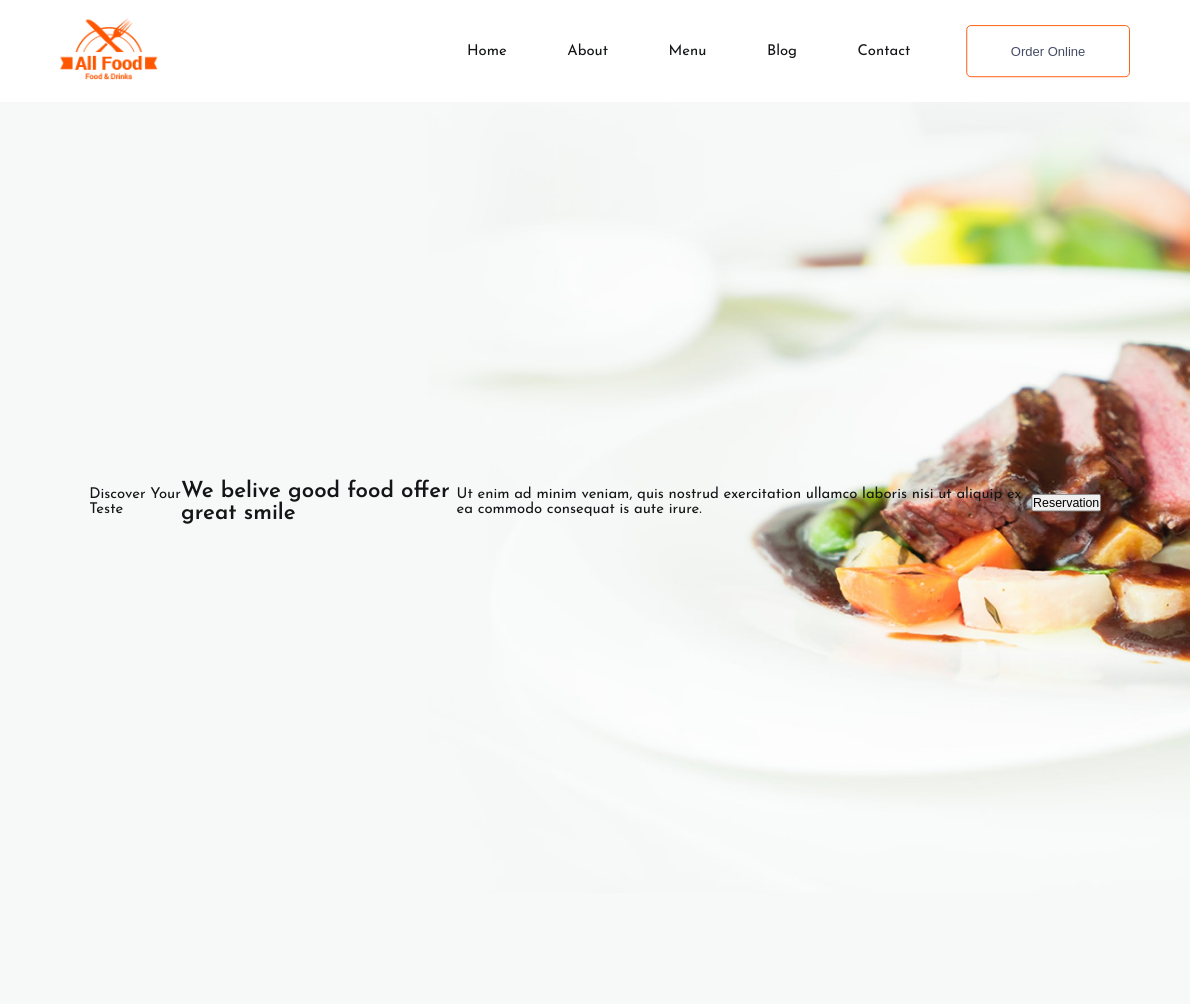
Repository: Ebtehal18/food
Page: index.html
These files come from the project's save history. The page is drawn as it stood at one moment and after the next save; the edit follows.
The browser window is 1280 px wide. The pictures show the whole page, at 93% of full size.

Above is the page before, as saved 2024-01-16 20:43:30.

After the next save:
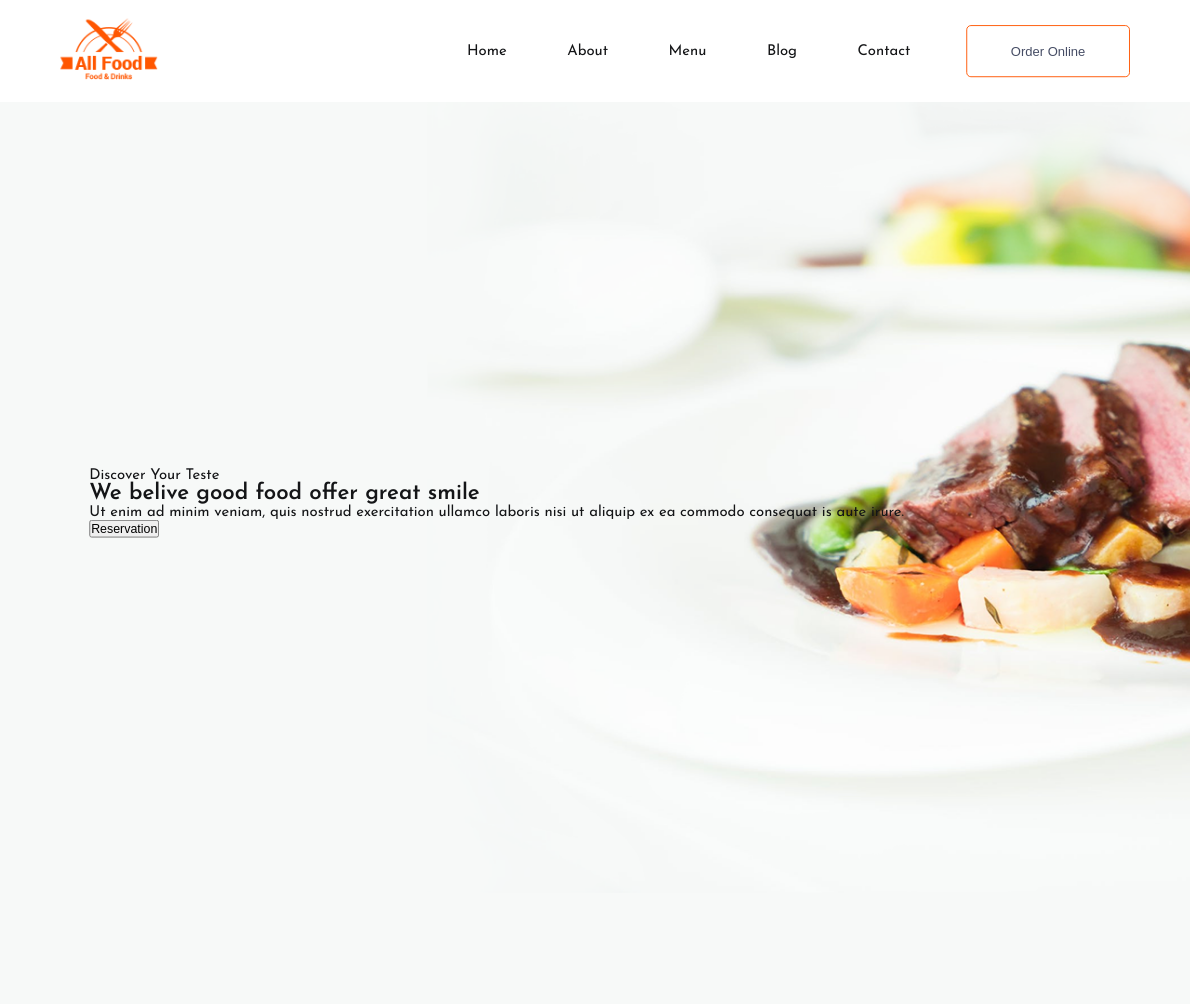
Saved 70 s later.
--- a/asessets/css/style.css
+++ b/asessets/css/style.css
@@ -160,5 +160,5 @@ body {
   background-position: bottom;
 }
 .hero .row {
-  align-items: center;
+  flex-flow: column;
 }
